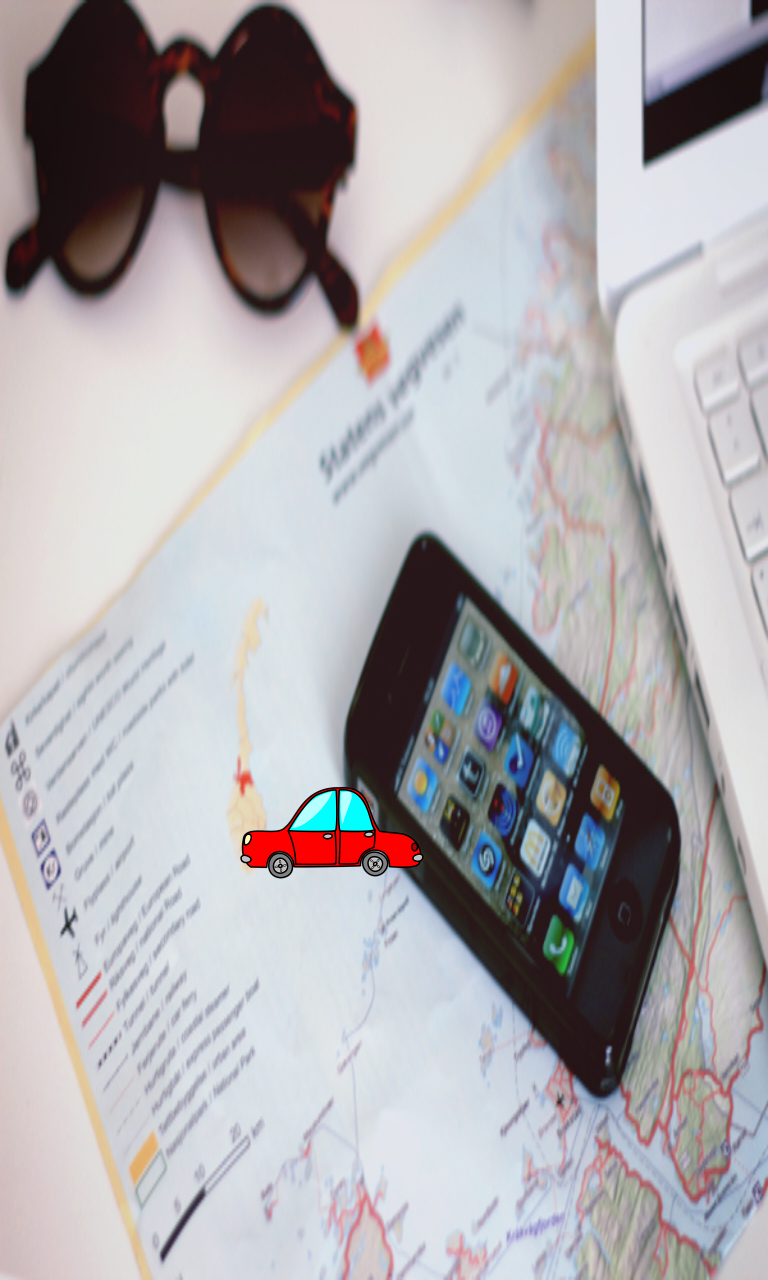
Repository: prernanain27/Android-Travel-Project
Layout: Itravel/res/layout/activity_itravel.xml
An editor plug-in stored every save of this project. The layout is shown before and after the next save, followed by the edit.
It is drawn on a 768 x 1280 px phone screen (xhdpi) without system bars, with theme AppTheme; the app's code is not run.

Above is the layout before, as saved 2013-09-21 03:52:38.

### Itravel/res/layout/activity_itravel.xml
<LinearLayout xmlns:android="http://schemas.android.com/apk/res/android"
    xmlns:tools="http://schemas.android.com/tools"
    android:layout_width="match_parent"
    android:layout_height="match_parent"
    android:orientation="vertical"
    android:background="@drawable/travel2"
    >

    <ImageView
        android:id="@+id/imageView1"
        android:layout_width="292dp"
        android:layout_height="100dp"
        android:src="@drawable/car"
        android:layout_marginTop="370dp"
        android:layout_marginLeft="20dp"/>



</LinearLayout>

Loaded but not shown: Itravel/res/values-v11/styles.xml (common file); Itravel/res/values/styles.xml (common file)

After the next save:
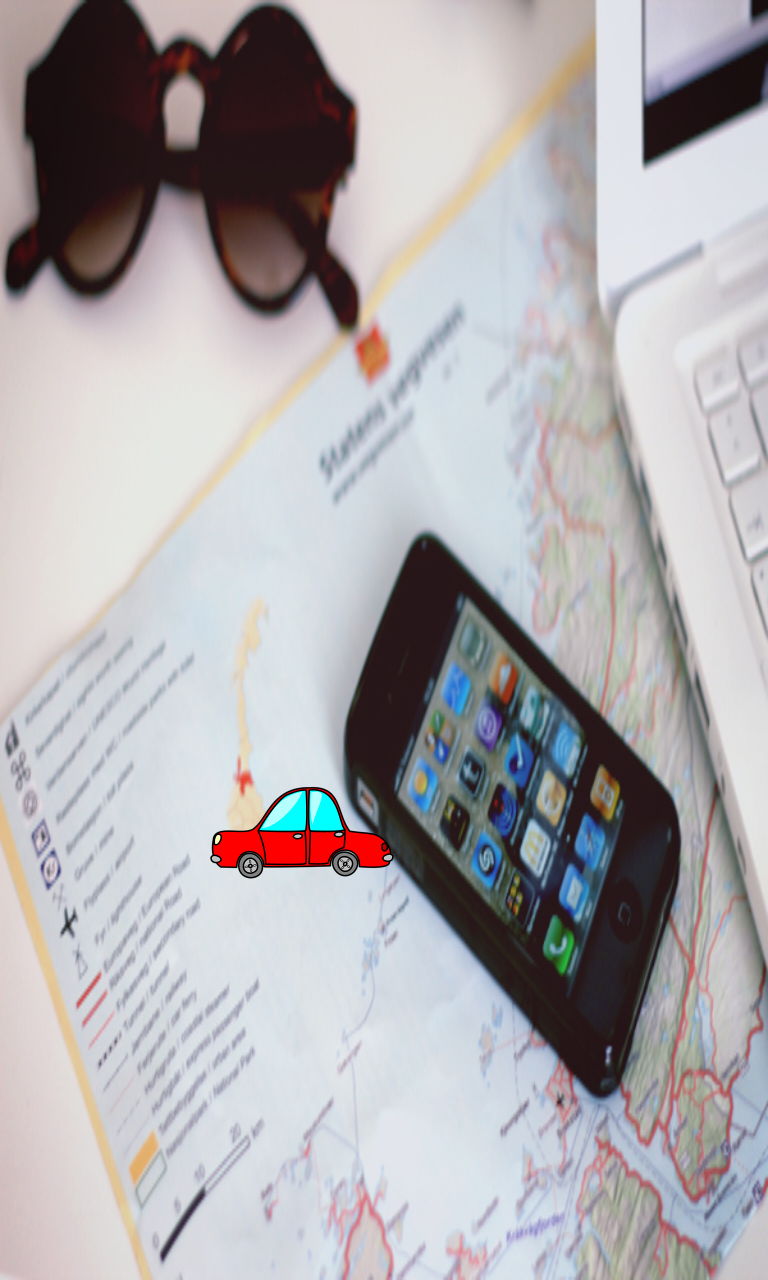
Saved 11 s later.
--- a/Itravel/res/layout/activity_itravel.xml
+++ b/Itravel/res/layout/activity_itravel.xml
@@ -12,7 +12,7 @@
         android:layout_height="100dp"
         android:src="@drawable/car"
         android:layout_marginTop="370dp"
-        android:layout_marginLeft="20dp"/>
+        android:layout_marginLeft="05dp"/>
 
 
 
